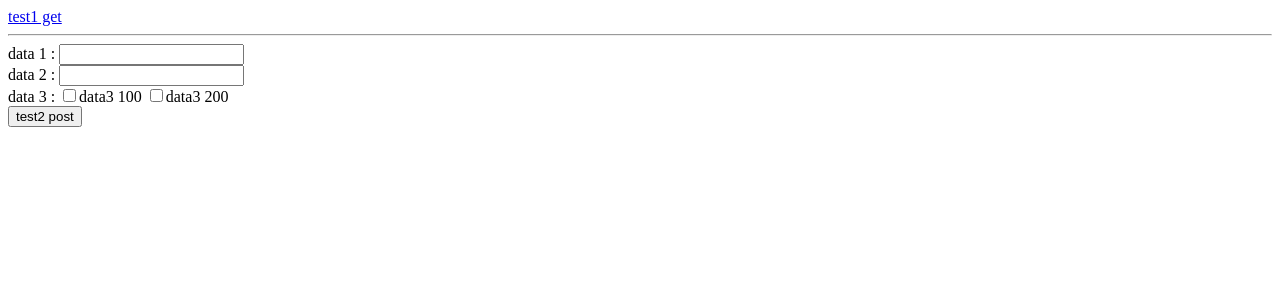
Repository: k5275645/SpringMVCPractice
Page: http://localhost/GetParameter/WEB-INF/views/index.jsp
The author's editor kept a copy of each file at every save. The page is drawn from the files as they stood at one save, then again after the next save.
The browser window is 1280 px wide. The pictures show the whole page.
The page is served by Tomcat 9. Nobody is signed in. The template is opened directly, without the code that normally fills it, so the values that code supplies are empty.

Above is the page before, as saved 2021-11-24 02:08:32.

After the next save:
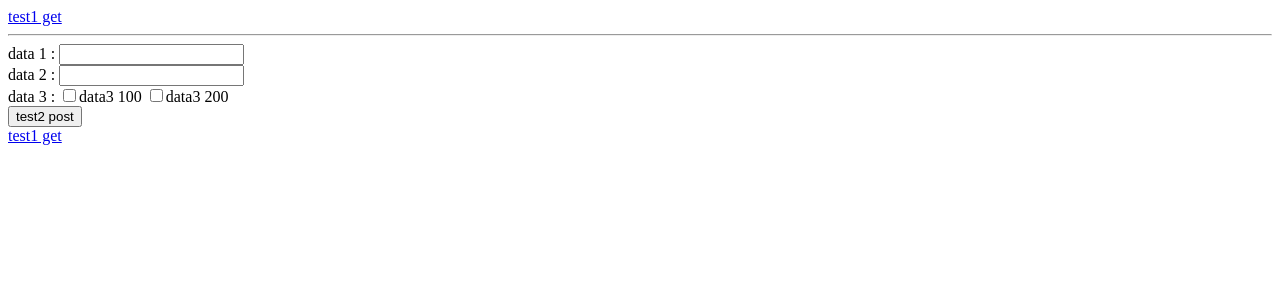
Saved 3 min 32 s later.
--- a/GetParameter/src/main/webapp/WEB-INF/views/index.jsp
+++ b/GetParameter/src/main/webapp/WEB-INF/views/index.jsp
@@ -16,5 +16,7 @@
 				 <input type="checkbox" name="data3" value="200"/>data3 200<br/>
 		<button type="submit">test2 post</button>
 	</form>
+
+	<a href="test3?data1=100&data2=200&data3=300&data3=400">test1 get</a><br/>
 </body>
 </html>
